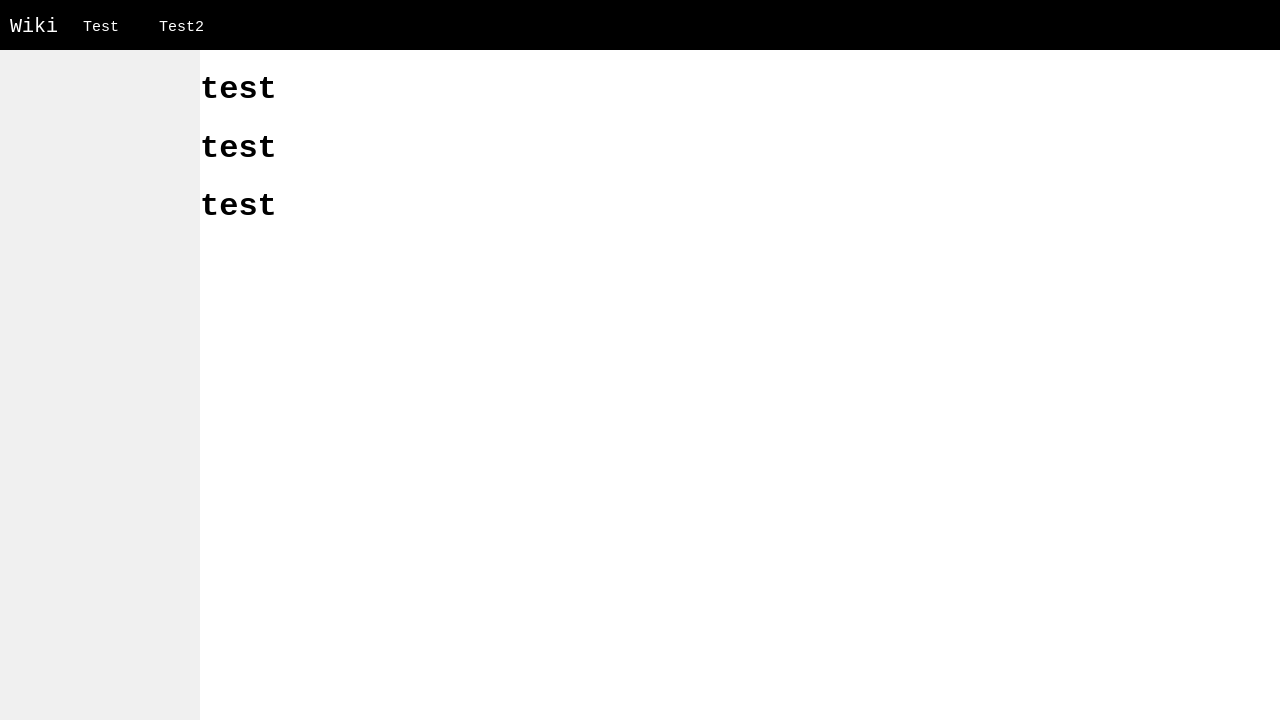
Repository: TimKral5/WikiPage
Page: index.html
These files come from the project's save history. The page is drawn as it stood at one moment and after the next save; the edit follows.
The browser window is 1280 px wide. The pictures show the whole page.

Above is the page before, as saved 2022-11-10 10:37:17.

### index.html
<!DOCTYPE html>
<html lang="en">

<head>
    <meta charset="UTF-8">
    <meta http-equiv="X-UA-Compatible" content="IE=edge">
    <meta name="viewport" content="width=device-width, initial-scale=1.0">
    <title>Wiki</title>

    <link rel="stylesheet" href="style.css">
    <link rel="stylesheet" href="ScrollbarAndNosellect.css">
    <script src="tab-system.js" defer></script>
</head>

<body>
    <div class="nav-top">
        <div class="title">Wiki</div>
        <a class="item" href="#main/test">Test</a>
        <a class="item" href="#main/test2">Test2</a>
    </div>
    <div class="nav-side">

    </div>

    <div id="content" name="main" class="tabgroup">
        <div name="test" class="tab">
            <h1>test</h1>
            <h1>test</h1>
            <h1>test</h1>
        </div>
        <div name="test2" class="tab">
            <h1>test2</h1>
            <h1>test2</h1>
            <h1>test2</h1>
            <h1>test2</h1>
        </div>
    </div>
</body>

</html>

### style.css
html, body {
    font-family: "Courier New";
}

body > div#content {
    position: absolute;
    top: 50px;
    left: 200px;
    right: 0px;
    bottom: 0px;
}

body > div.nav-side {
    position: absolute;
    top: 50px;
    left: 0px;
    bottom: 0px;
    width: 200px;
    background-color: rgb(240, 240, 240);
}

body > div.nav-top {
    position: absolute;
    top: 0px;
    left: 0px;
    right: 0px;
    height: 50px;
    display: flex;

    background-color: black;
}
div.nav-top > div.title {
    display: flex;
    color: white;
    align-content: center;
    width: max-content;
    padding-top: 15px;
    margin-left: 10px;
    font-size: 20px;
}
div.nav-top > a.item {
    display: flex;
    color: white;
    align-content: center;

    width: max-content;
    height: max-content;

    margin-top: 10px;
    margin-left: 10px;

    padding-top: 8.79px;
    padding-left: 15px;
    padding-right: 15px;
    padding-bottom: 7px;

    font-size: 15px;
    text-decoration: none;
    border-radius: 5px;
}
div.nav-top > a.item:hover {
    background-color: rgb(50, 50, 50);
}

### ScrollbarAndNosellect.css
::-webkit-scrollbar {
    width: 13px;
}

::-webkit-scrollbar-track {
    background: transparent;
}

::-webkit-scrollbar-thumb {
    background: rgb(30, 30, 30);
    border-radius: 5px;
}

::-webkit-full-screen {
    /*background-color: black;*/
}

html,
body {
    -webkit-user-select: none;
    -webkit-touch-callout: none;
    -moz-user-select: none;
    -ms-user-select: none;
    user-select: none;

}

### tab-system.js
(() => {
    const config = {
        defTab: "main/test",
    };

    var tabs = {};
    function tabHandler() {
        document.querySelectorAll("div.tabgroup").forEach((tabgroup) => {
            tabgroup.querySelectorAll("div.tab").forEach((tab) => {
                tabs[tabgroup.getAttribute("name") + "/" + tab.getAttribute("name")] =
                    tab;
                tab.setAttribute("hidden", "");
            });
        });

        var _tab = window.location.hash;
        if (_tab == "") _tab = config.defTab;
        var frag = _tab.split("/");
        frag[0] = frag[0].replace("#", "");
        var tab = document.querySelector(
            `div.tabgroup[name="${frag[0]}"]>div.tab[name="${frag[1]}"]`
        );
        console.log(tab);
        tab.removeAttribute("hidden");
    }

    tabHandler();
    console.log(tabs);
    window.addEventListener("hashchange", tabHandler);
})();

After the next save:
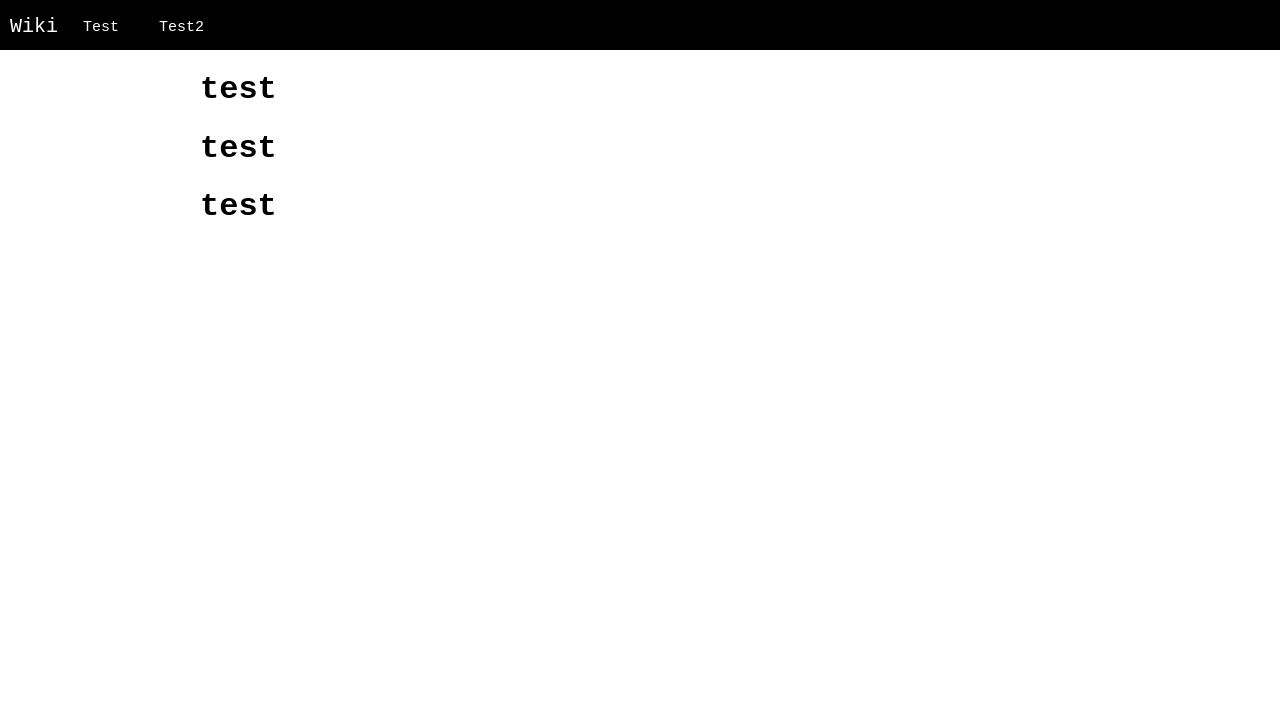
Saved 16 s later.
--- a/style.css
+++ b/style.css
@@ -8,15 +8,6 @@
     left: 200px;
     right: 0px;
     bottom: 0px;
-}
-
-body > div.nav-side {
-    position: absolute;
-    top: 50px;
-    left: 0px;
-    bottom: 0px;
-    width: 200px;
-    background-color: rgb(240, 240, 240);
 }
 
 body > div.nav-top {

After the 4 saves that followed:
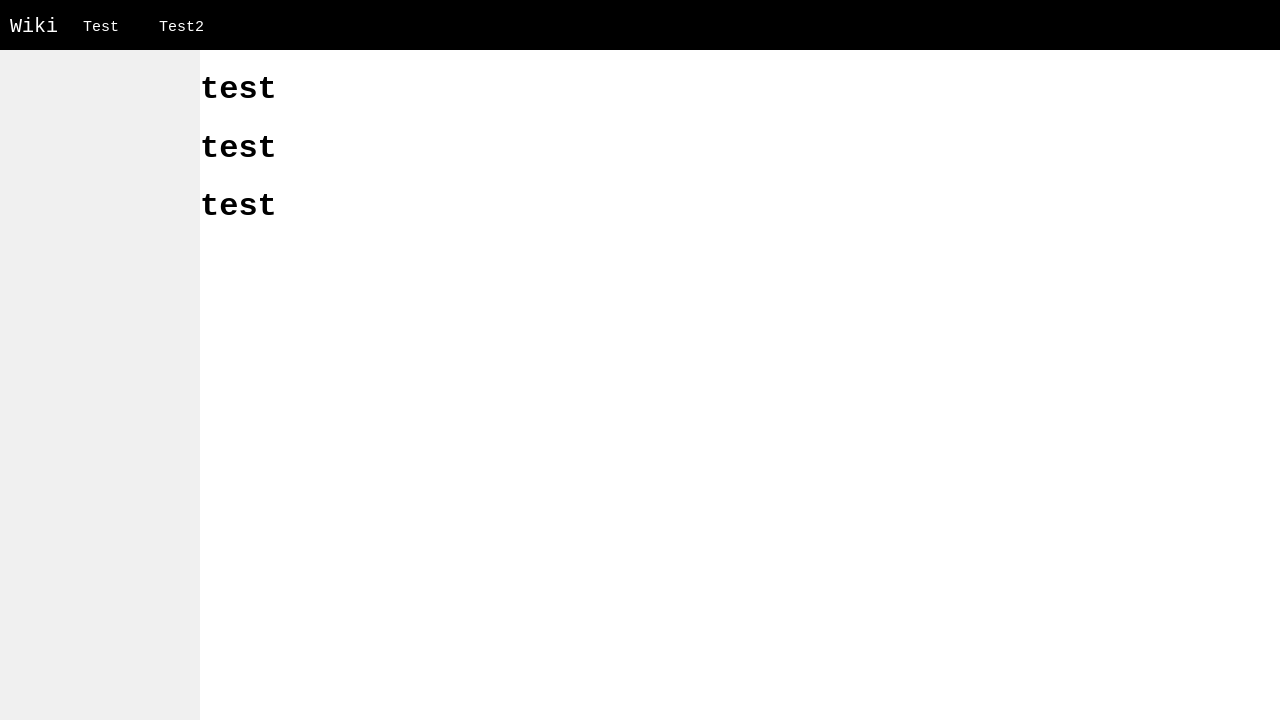
The 4 saves are shown as one change because 2 left the picture as it was and some came seconds apart.
The last was saved 2 min 8 s later.
--- a/index.html
+++ b/index.html
@@ -18,6 +18,7 @@
         <a class="item" href="#main/test">Test</a>
         <a class="item" href="#main/test2">Test2</a>
     </div>
+
     <div class="nav-side">
 
     </div>
--- a/style.css
+++ b/style.css
@@ -8,6 +8,15 @@
     left: 200px;
     right: 0px;
     bottom: 0px;
+}
+
+body > div.nav-side {
+    position: absolute;
+    top: 50px;
+    left: 0px;
+    bottom: 0px;
+    width: 200px;
+    background-color: rgb(240, 240, 240);
 }
 
 body > div.nav-top {
